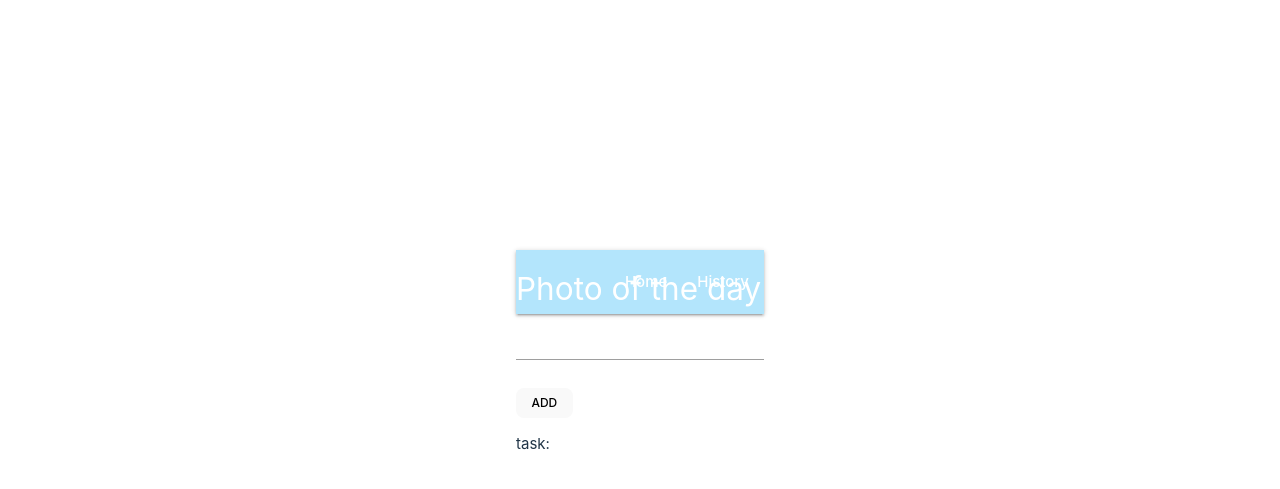
Repository: iveivs/myReactTaskManager
Page: /done, after clicking the first element matching `button`
An editor plug-in stored every save of this project. The page is shown before and after a run of saves, followed by the edit.
The browser window is 1280 px wide. The pictures show the whole page.
The project was rebuilt for these pictures with package versions that can differ from the ones it lists, and the page was loaded fresh each time. Also part of the build but not shown: vite.config.js.

Above is the page before, as saved 2024-02-12 08:09:35.

After the next 5 saves:
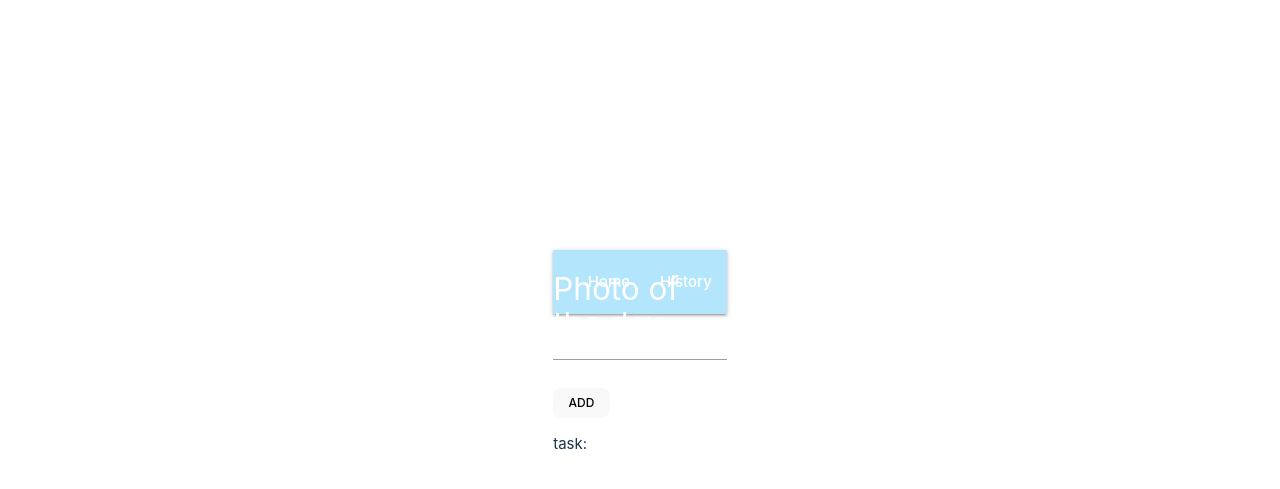
The 5 saves are shown as one change because they came seconds apart.
The last was saved 15 s later.
--- a/src/App.jsx
+++ b/src/App.jsx
@@ -23,17 +23,16 @@ function App() {
   return (
     <>
       <div className="container">
+        <Header  />
+        <input value={input} onChange={(e) => handleChance(e)} type="text" />
+        <br />
+        <button onClick={handleClick}>ADD</button>
+        { input && <h4>{input}</h4> }
+        { tasks && (
+          tasks.map(e => <p key={e}>task: {e}</p>)
+        )}
+      </div>
 
-
-      </div>
-      <Header  />
-      <input value={input} onChange={(e) => handleChance(e)} type="text" />
-      <br />
-      <button onClick={handleClick}>ADD</button>
-      { input && <h4>{input}</h4> }
-      { tasks && (
-        tasks.map(e => <p key={e}>task: {e}</p>)
-      )}
     </>
   )
 }
